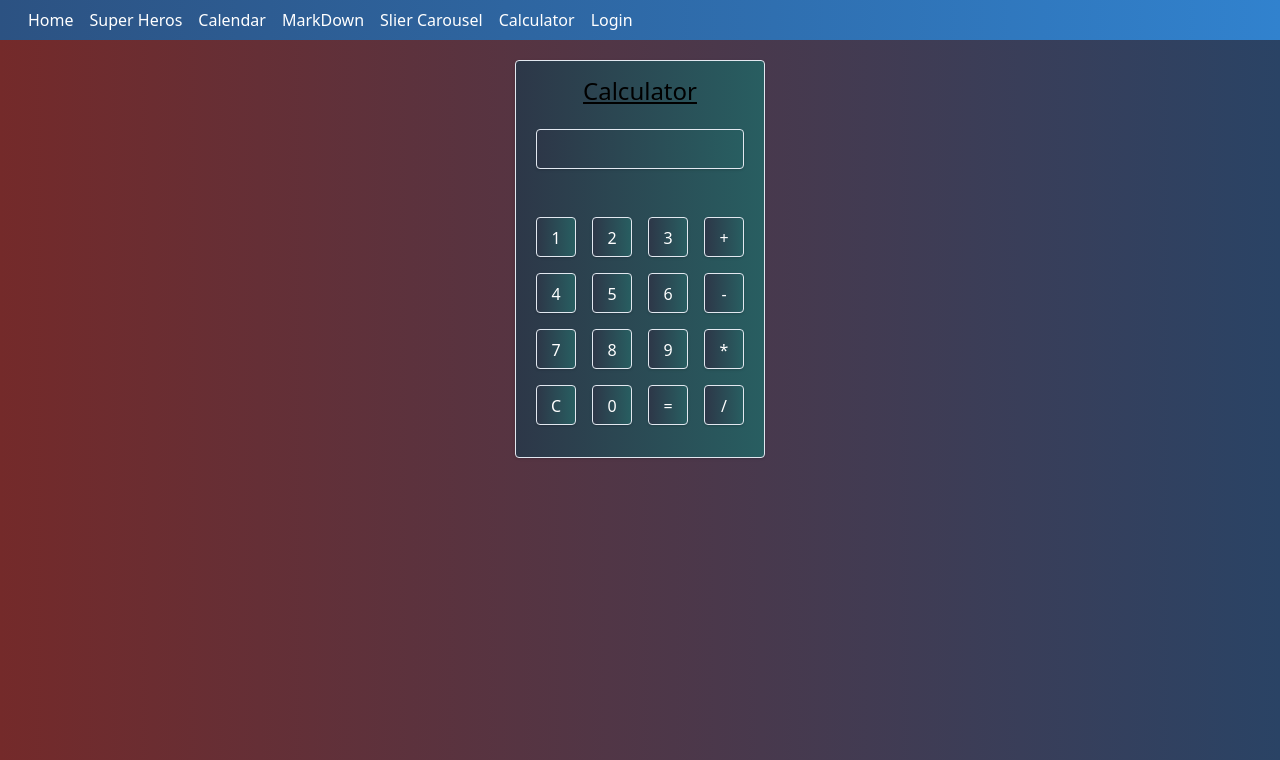
Repository: kshvkndl/VueFullCoursePractice
Page: /calculator
An editor plug-in stored every save of this project. The page is shown before and after the next save, followed by the edit.
The browser window is 1280 px wide. The pictures show the whole page.
The project was rebuilt for these pictures with package versions that can differ from the ones it lists, and the page was loaded fresh each time. Also part of the build but not shown: src/components/login/GoogleLogin.vue, src/components/LoginModal.vue, src/pages/SuperHeros.vue, src/pages/Calender.vue, src/pages/Home.vue, src/utilities/mixins/debounce.js, src/pages/MarkDown.vue, src/pages/Slider.vue.

Above is the page before, as saved 2020-11-24 17:28:47.

### src/main.js
import { createApp } from 'vue'
import App from './App.vue'
import './assets/style.css'
import router from './router'

const app = createApp(App);
app.use(router);
app.mount('#app');

### src/App.vue
<template>
  <AppHeader
    :isLoggedIn="isLoggedIn"
    @open-login-modal="isLoginOpen = true"
  ></AppHeader>
  <div class="w-full flex">
    <router-view></router-view>
  </div>
  <LoginModal
    v-if="isLoginOpen"
    @close-login-modal="isLoginOpen = false"
  ></LoginModal>
  <calculator></calculator>
</template>

<script>
import AppHeader from "@/components/AppHeader";
import LoginModal from "@/components/LoginModal";
import firebase from "@/utilities/firebase";

export default {
  data() {
    return {
      isLoginOpen: false,
      isLoggedIn: false,
      authUser: {},
    };
  },
  mounted() {
    firebase.auth().onAuthStateChanged((user) => {
      if (user) {
        // User is signed in, see docs for a list of available properties
        // https://firebase.google.com/docs/reference/js/firebase.User
        this.isLoggedIn = true;
        this.authUser = user;
        // ...
      } else {
        // User is signed out
        // ...
        this.isLoggedIn = false;
        this.authUser = {};
      }
    });
  },
  components: { AppHeader, LoginModal },
};
</script>

### src/router.js
import { createRouter, createWebHistory } from 'vue-router';
import SuperHeros from '@/pages/SuperHeros'
import Calender from '@/pages/Calender'
import Home from '@/pages/Home'
import MarkDown from '@/pages/MarkDown'
import Slider from '@/pages/Slider'
import Calculator from '@/pages/Calculator'


const routes = [
    { path: '/', component: Home },
    { path: '/super-heros', component: SuperHeros },
    { path: '/calendar', component: Calender },
    { path: '/markdown', component: MarkDown },
    { path: '/slider', component: Slider },
    { path: '/calculator', component: Calculator },
]

const router = createRouter({
    history: createWebHistory(),
    routes,
});
export default router;

### src/components/AppHeader.vue
<template>
  <nav
    class="w-full bg-gradient-to-r from-blue-800 to-blue-600 text-white px-5 py-2"
  >
    <router-link
      class="mx-2"
      v-for="item in list"
      :key="item.to"
      :to="item.to"
      >{{ item.title }}</router-link
    >
    <button v-if="isLoggedIn" class="mx-2" @click="logout">Logout</button>
    <button class="mx-2" v-else @click="$emit('open-login-modal')">
      Login
    </button>
  </nav>
</template>


<script>
import firebase from "@/utilities/firebase";

export default {
  props: { isLoggedIn: Boolean },
  data() {
    return {
      list: [
        { title: "Home", to: "/" },
        { title: "Super Heros", to: "/super-heros" },
        { title: "Calendar", to: "/calendar" },
        { title: "MarkDown", to: "/markdown" },
        { title: "Slier Carousel", to: "/slider" },
        { title: "Calculator", to: "/calculator" },
      ],
    };
  },

  methods: {
    logout() {
      firebase.auth().signOut();
      // .then((res) => {})
      // .catch((e) => {});
    },
  },
};
</script>

### src/utilities/firebase.js
import firebase from "firebase/app";
import "firebase/auth";

//Initialize Firebase in your app:
const firebaseConfig = {
    apiKey: "AIzaSyDjvIW3oj4Y3b7An_zw7nLTcy3s7ri5iV8",
    authDomain: "vue3-10hr-course.firebaseapp.com",
    databaseURL: "https://vue3-10hr-course.firebaseio.com",
    projectId: "vue3-10hr-course",
    storageBucket: "vue3-10hr-course.appspot.com",
    messagingSenderId: "142849199726",
    appId: "1:142849199726:web:1e3863fc8388efd1ade07f"
};

// Initialize Firebase
firebase.initializeApp(firebaseConfig);

export default firebase;

### src/pages/Calculator.vue
<template>
  <section
    class="flex w-full h-screen bg-gradient-to-r from-red-900 to-blue-900"
  >
    <div
      class="m-auto border rounded shadow px-5 py-3 mt-5 bg-gradient-to-r from-gray-800 to-teal-800"
    >
      <h1 class="text-2xl text-center"><u>Calculator</u></h1>
      <p
        class="text-2xl text-right mt-5 mb-2 border rounded shadow w-45 h-10 p-1 overflow-x-hidden text-white bg-gradient-to-r from-gray-800 to-teal-800"
        style="direction: rtl"
      >
        {{ currentNum }}
      </p>

      <div class="h-10">
        <small> {{ prevNum }} {{ selectedOperation }} {{ currentNum }} </small>
      </div>

      <div class="mb-5 grid grid-cols-4 gap-4">
        <button
          @click="buttonPressed('1')"
          class="p-2 border shadow w-10 h-10 rounded text-white bg-gradient-to-r from-gray-800 to-teal-800"
        >
          1
        </button>
        <button
          @click="buttonPressed('2')"
          class="p-2 border shadow w-10 h-10 rounded text-white bg-gradient-to-r from-gray-800 to-teal-800"
        >
          2
        </button>
        <button
          @click="buttonPressed('3')"
          class="p-2 border shadow w-10 h-10 rounded text-white bg-gradient-to-r from-gray-800 to-teal-800"
        >
          3
        </button>
        <button
          @click="buttonPressed('+')"
          class="p-2 border shadow w-10 h-10 rounded text-white bg-gradient-to-r from-gray-800 to-teal-800"
        >
          +
        </button>
        <button
          @click="buttonPressed('4')"
          class="p-2 border shadow w-10 h-10 rounded text-white bg-gradient-to-r from-gray-800 to-teal-800"
        >
          4
        </button>
        <button
          @click="buttonPressed('5')"
          class="p-2 border shadow w-10 h-10 rounded text-white bg-gradient-to-r from-gray-800 to-teal-800"
        >
          5
        </button>
        <button
          @click="buttonPressed('6')"
          class="p-2 border shadow w-10 h-10 rounded text-white bg-gradient-to-r from-gray-800 to-teal-800"
        >
          6
        </button>
        <button
          @click="buttonPressed('-')"
          class="p-2 border shadow w-10 h-10 rounded text-white bg-gradient-to-r from-gray-800 to-teal-800"
        >
          -
        </button>
        <button
          @click="buttonPressed('7')"
          class="p-2 border shadow w-10 h-10 rounded text-white bg-gradient-to-r from-gray-800 to-teal-800"
        >
          7
        </button>
        <button
          @click="buttonPressed('8')"
          class="p-2 border shadow w-10 h-10 rounded text-white bg-gradient-to-r from-gray-800 to-teal-800"
        >
          8
        </button>
        <button
          @click="buttonPressed('9')"
          class="p-2 border shadow w-10 h-10 rounded text-white bg-gradient-to-r from-gray-800 to-teal-800"
        >
          9
        </button>
        <button
          @click="buttonPressed('*')"
          class="p-2 border shadow w-10 h-10 rounded text-white bg-gradient-to-r from-gray-800 to-teal-800"
        >
          *
        </button>
        <button
          @click="buttonPressed('c')"
          class="p-2 border shadow w-10 h-10 rounded text-white bg-gradient-to-r from-gray-800 to-teal-800"
        >
          C
        </button>
        <button
          @click="buttonPressed('0')"
          class="p-2 border shadow w-10 h-10 rounded text-white bg-gradient-to-r from-gray-800 to-teal-800"
        >
          0
        </button>
        <button
          @click="buttonPressed('=')"
          class="p-2 border shadow w-10 h-10 rounded text-white bg-gradient-to-r from-gray-800 to-teal-800"
        >
          =
        </button>
        <button
          @click="buttonPressed('/')"
          class="p-2 border shadow w-10 h-10 rounded text-white bg-gradient-to-r from-gray-800 to-teal-800"
        >
          /
        </button>
      </div>
    </div>
  </section>
</template>

<script>
import { onMounted, onUnmounted, ref } from "vue";
export default {
  setup() {
    const currentNum = ref("");
    const prevNum = ref("");
    const selectedOperation = ref("");
    const operations = ["+", "-", "*", "/"];
    const numbers = ["1", "2", "3", "4", "5", "6", "7", "8", "9", "0"];

    function buttonPressed(value) {
      if (value === "=" || value === "Enter") calculate();

      if (value === "c") clear();
      else if (operations.includes(value)) applyOperation(value);
      else if (numbers.includes(value)) appendNumber(value);
    }

    function appendNumber(value) {
      currentNum.value = currentNum.value + value;
    }

    function applyOperation(value) {
      calculate();
      prevNum.value = currentNum.value;
      currentNum.value = "";
      selectedOperation.value = value;
    }

    function calculate() {
      if (selectedOperation.value === "+") sum();
      else if (selectedOperation.value === "-") subtract();
      else if (selectedOperation.value === "*") multiply();
      else if (selectedOperation.value === "/") divide();

      prevNum.value = "";
      selectedOperation.value = "";
    }
    const sum = () => (currentNum.value = +prevNum.value + +currentNum.value);
    const subtract = () =>
      (currentNum.value = prevNum.value - currentNum.value);
    const multiply = () =>
      (currentNum.value = prevNum.value * currentNum.value);
    const divide = () => (currentNum.value = prevNum.value / currentNum.value);

    const clear = () => (currentNum.value = "");

    const handleKeydown = (e) => buttonPressed(e.key);

    onMounted(() => window.addEventListener("keydown", handleKeydown));

    onUnmounted(() => window.removeEventListener("keydown", handleKeydown));

    return {
      currentNum,
      buttonPressed,
      selectedOperation,
      prevNum,
    };
  },
};
</script>

Loaded but not shown: public/index.html (common file); src/assets/style.css (common file); tailwind.config.js (common file)

After the next save:
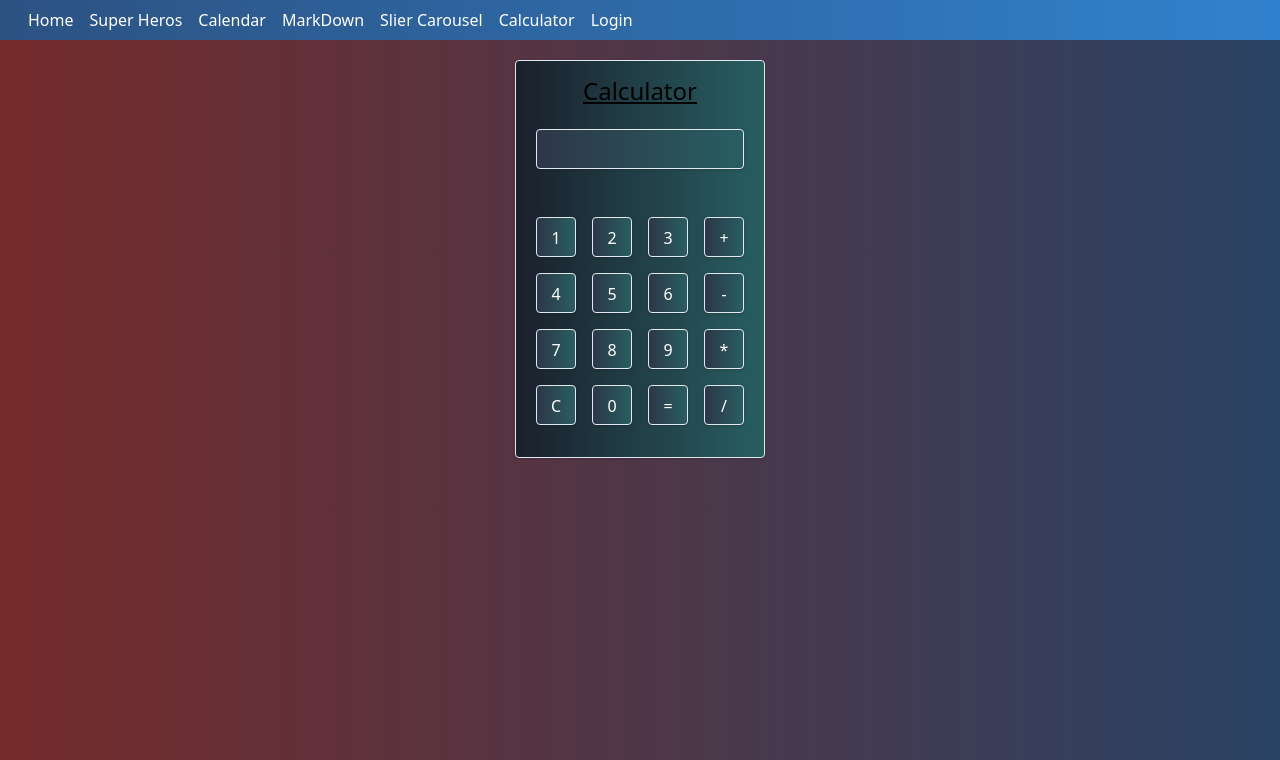
Saved 10 s later.
--- a/src/pages/Calculator.vue
+++ b/src/pages/Calculator.vue
@@ -3,7 +3,7 @@
     class="flex w-full h-screen bg-gradient-to-r from-red-900 to-blue-900"
   >
     <div
-      class="m-auto border rounded shadow px-5 py-3 mt-5 bg-gradient-to-r from-gray-800 to-teal-800"
+      class="m-auto border rounded shadow px-5 py-3 mt-5 bg-gradient-to-r from-gray-900 to-teal-800"
     >
       <h1 class="text-2xl text-center"><u>Calculator</u></h1>
       <p
